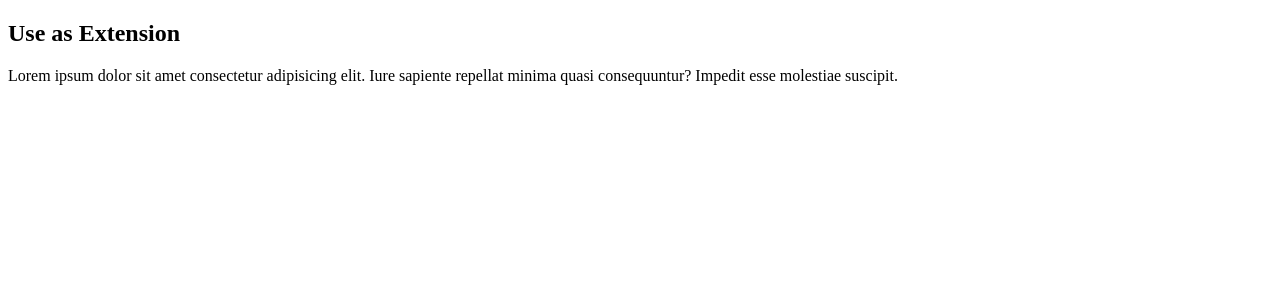
Repository: rinesagajtani0/whitespace_saas
Page: index.html
An editor plug-in stored every save of this project. The page is shown before and after a run of saves, followed by the edit.
The browser window is 1280 px wide. The pictures show the whole page.

Above is the page before, as saved 2025-11-01 15:44:41.

After the next 3 saves:
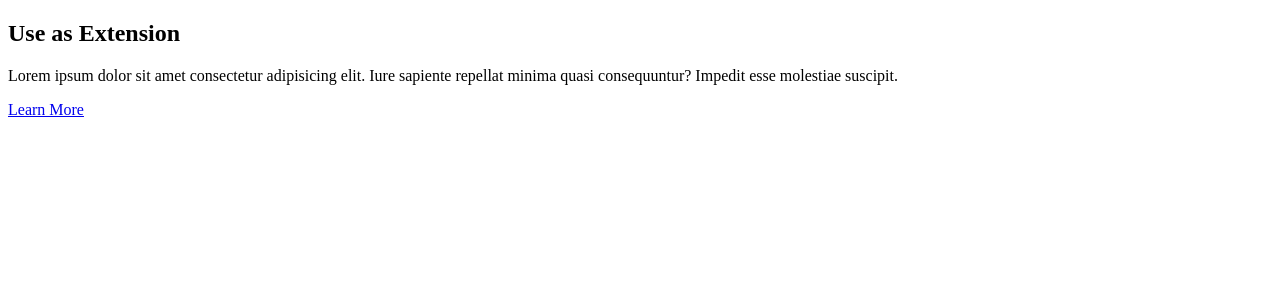
The 3 saves are shown as one change because they came seconds apart.
The last was saved 42 s later.
--- a/index.html
+++ b/index.html
@@ -16,6 +16,7 @@
             sapiente repellat minima quasi consequuntur? Impedit esse molestiae
             suscipit.
           </p>
+           <a href="#" class="hero__btn btn btn--light">Learn More </a>
         </div>
       </div>
     </section>
